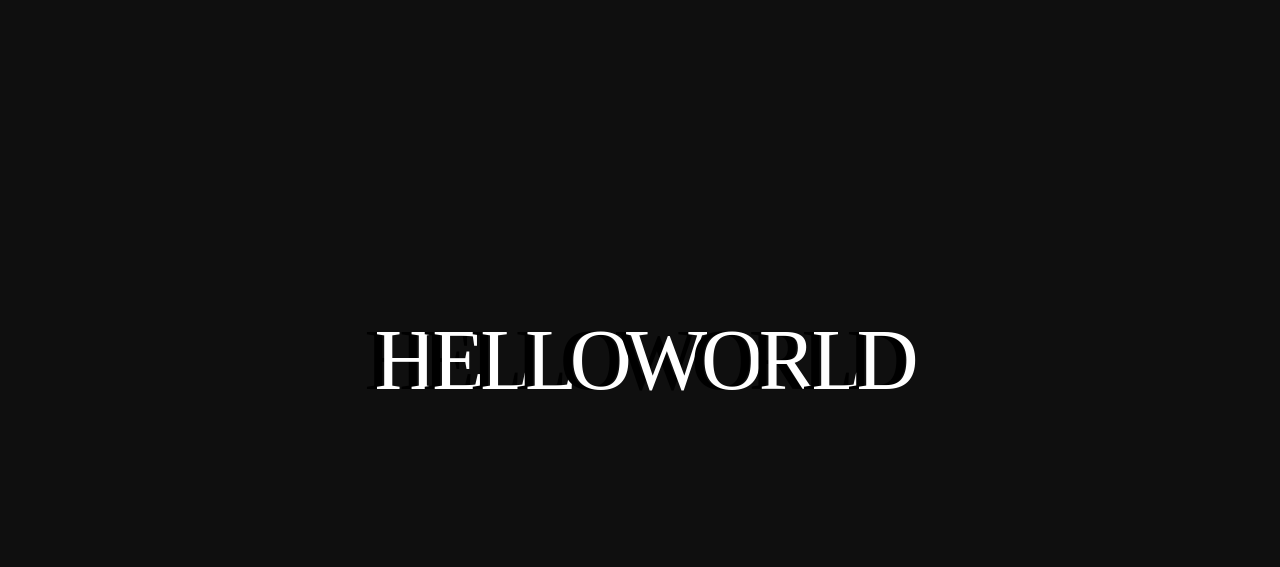
Repository: zuuo/--
Page: 文字堆叠/index.html
These files come from the project's save history. The page is drawn as it stood at one moment and after the next save; the edit follows.
The browser window is 1280 px wide. The pictures show the whole page.
The style sheet was rebuilt from its Sass, Less or Tailwind sources for each picture, by a compiler version that may differ from the author's.

Above is the page before, as saved 2024-03-03 20:38:58.

### 文字堆叠/index.html
<!DOCTYPE html>
<html lang="en">

<head>
    <meta charset="UTF-8">
    <meta name="viewport" content="width=device-width, initial-scale=1.0">
    <title>文字堆叠</title>
    <link rel="stylesheet" href="./style.css">
</head>

<body>
    <div class="content">
        <span>H</span>
        <span>E</span>
        <span>L</span>
        <span>L</span>
        <span>O</span>
        <span></span>
        <span>W</span>
        <span>O</span>
        <span>R</span>
        <span>L</span>
        <span>D</span>
    </div>
</body>

</html>

### 文字堆叠/style.less
body {
    width: 100vw;
    height: 100vh;
    padding: 0;
    margin: 0;
    background-color: #0f0f0f;
    display: flex;
    justify-content: center;
    align-items: center;
}

.content {
    font-size: 86px;
    letter-spacing: -13px;
    font-family: fantasy;
    color: #fff;
    user-select: none;

    span {
        text-shadow: -10px 0 0 #000;
    }
}

After the next save:
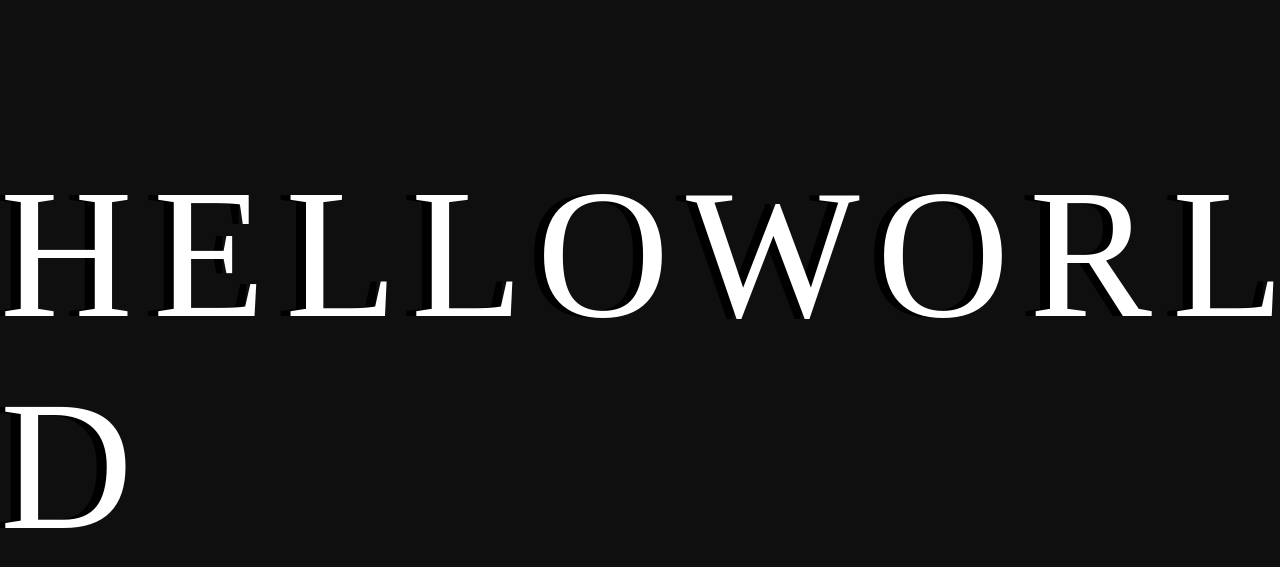
Saved 6 s later.
--- a/文字堆叠/style.less
+++ b/文字堆叠/style.less
@@ -10,7 +10,7 @@
 }
 
 .content {
-    font-size: 86px;
+    font-size: 184px;
     letter-spacing: -13px;
     font-family: fantasy;
     color: #fff;
